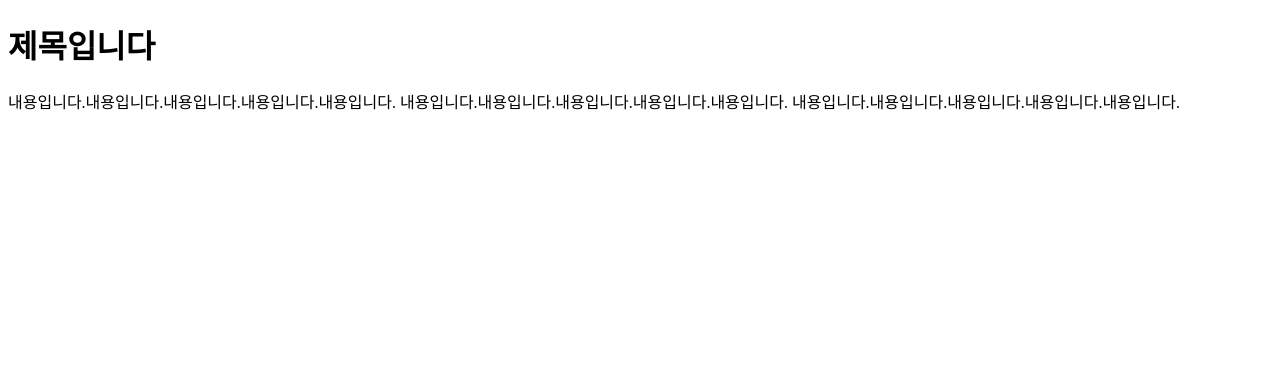
Repository: sujin9335/Front-end
Page: ClientTest/src/main/webapp/html/ex07_heading.html
These files come from the project's save history. The page is drawn as it stood at one moment and after the next save; the edit follows.
The browser window is 1280 px wide. The pictures show the whole page.

Above is the page before, as saved 2023-09-20 00:24:00.

After the next save:
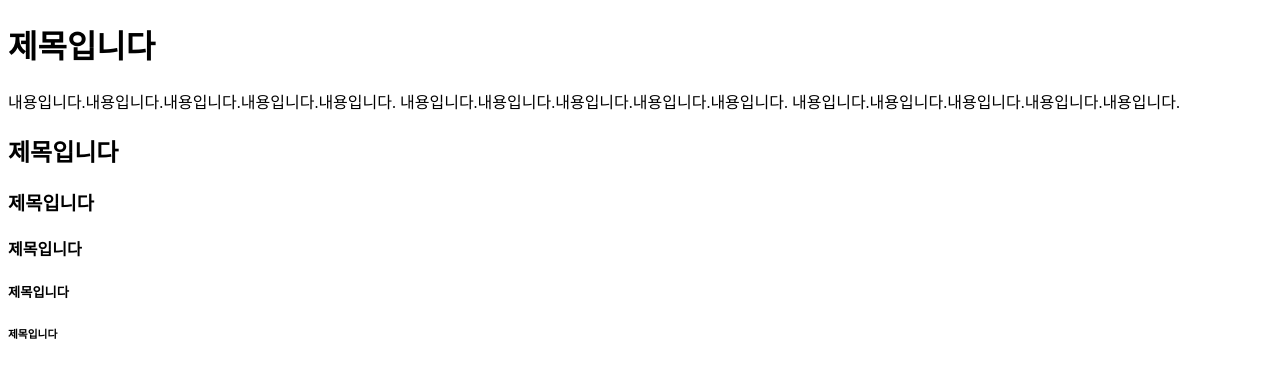
Saved 32 s later.
--- a/ClientTest/src/main/webapp/html/ex07_heading.html
+++ b/ClientTest/src/main/webapp/html/ex07_heading.html
@@ -22,7 +22,11 @@
 	<p>내용입니다.내용입니다.내용입니다.내용입니다.내용입니다.
 	내용입니다.내용입니다.내용입니다.내용입니다.내용입니다.
 	내용입니다.내용입니다.내용입니다.내용입니다.내용입니다.</p>
-
+	<h2>제목입니다</h2>
+	<h3>제목입니다</h3>
+	<h4>제목입니다</h4>
+	<h5>제목입니다</h5>
+	<h6>제목입니다</h6>
 
 
 </body>
